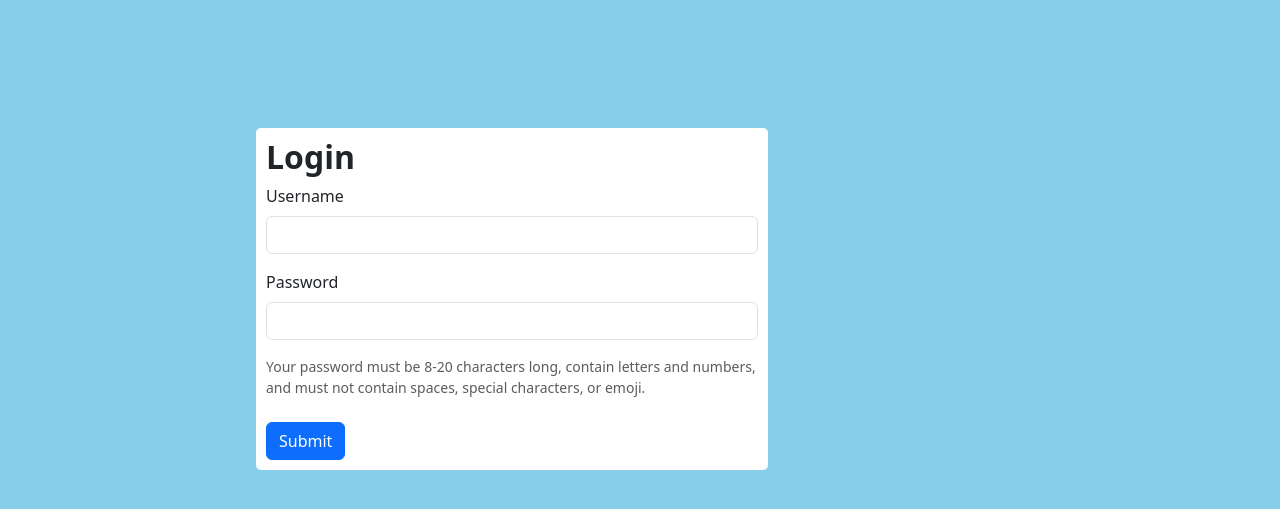
Repository: sarathraj2002/todo-list
Page: login.html
An editor plug-in stored every save of this project. The page is shown before and after the next save, followed by the edit.
The browser window is 1280 px wide. The pictures show the whole page.

Above is the page before, as saved 2024-09-05 11:13:40.

### login.html
<!DOCTYPE html>
<html lang="en">
<head>
    <meta charset="UTF-8">
    <meta name="viewport" content="width=device-width, initial-scale=1.0">
    <title>login</title>
    <link rel="stylesheet" href="bootstrap.min.css">
    <link rel="stylesheet" href="style.css">
</head>
<body>

    <form class="form">
        <h2><b>Login</b></h2>
        <div class="mb-3">
          <label for="exampleInputUsername1" class="form-label">Username</label>
          <input type="test" class="form-control" id="username" >

        </div>
        <div class="mb-3 ">
          <label for="exampleInputPassword1" class="form-label">Password</label>
          <input type="password" class="form-control" id="password">
        </div>
        <div id="passwordHelpBlock" class="form-text">
            Your password must be 8-20 characters long, contain letters and numbers, and must not contain spaces, special characters, or emoji.
          </div>
          <br>

        <button type="submit" class="btn btn-primary">Submit</button>
      </form>

    <script src="script.js"></script>
</body>
</html>

### style.css
body{
    background-color: skyblue;
    background-size: cover;
}
.container{
    height: 100px;
    padding-top: 10%;

}
.form{
    height: 100%;
    width: 40%;
    padding: 10px;
    border-color:black;
    margin-left: 20%;
    border-radius: 5px;
    background-color: white;
    margin-top: 10%;
}

Loaded but not shown: bootstrap.min.css (library); script.js (no stored copy; drawn as an empty file)

After the next save:
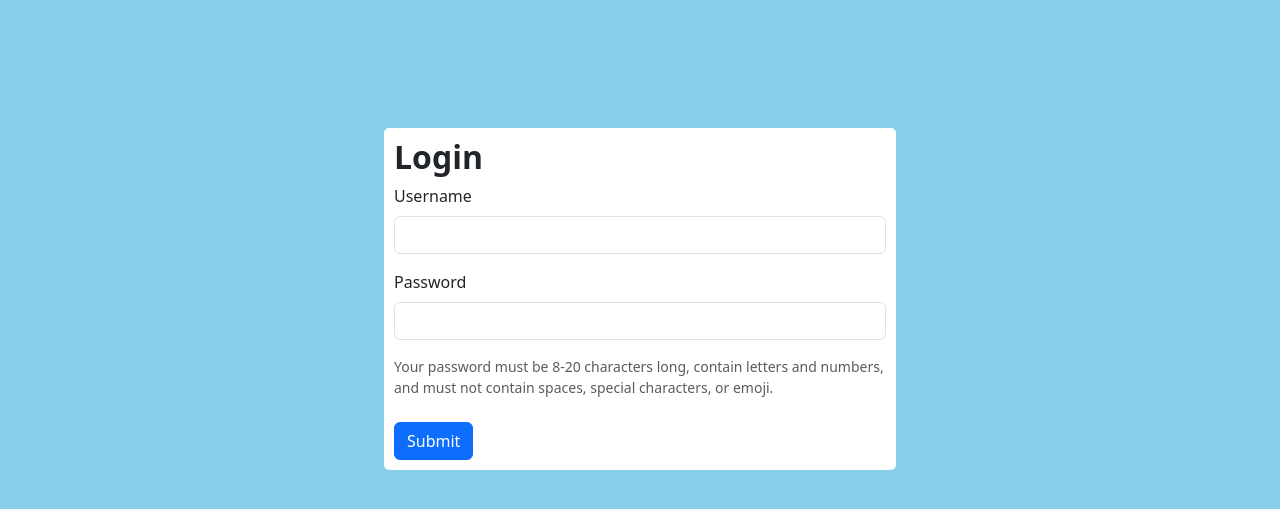
Saved 5 s later.
--- a/style.css
+++ b/style.css
@@ -12,7 +12,7 @@ body{
     width: 40%;
     padding: 10px;
     border-color:black;
-    margin-left: 20%;
+    margin-left: 30%;
     border-radius: 5px;
     background-color: white;
     margin-top: 10%;
